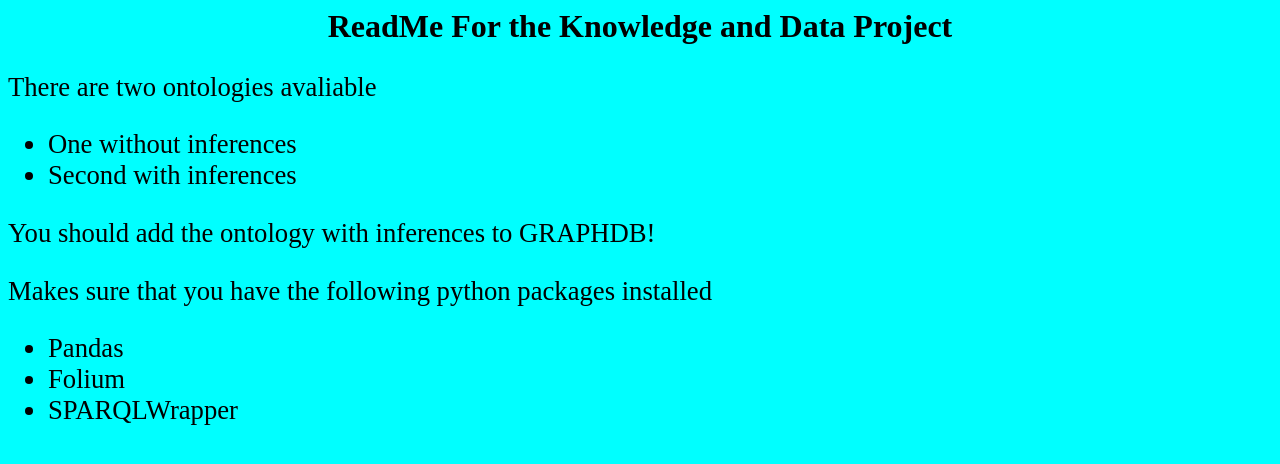
Repository: pawelpiwowarski/Knowledge_and_Data
Page: README.html
These files come from the project's save history. The page is drawn as it stood at one moment and after the next save; the edit follows.
The browser window is 1280 px wide. The pictures show the whole page.

Above is the page before, as saved 2022-10-27 22:08:08.

After the next save:
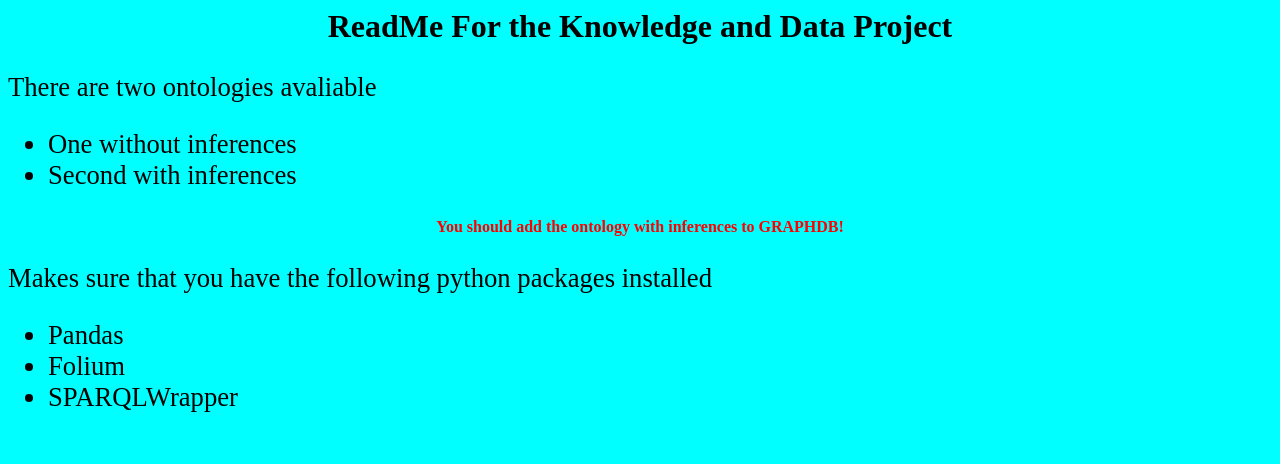
Saved 8 s later.
--- a/README.html
+++ b/README.html
@@ -34,7 +34,7 @@ Second with inferences
 </li>
 </ul>
 
-<p> You should add the ontology with inferences to GRAPHDB! </p>
+<p id="red"> You should add the ontology with inferences to GRAPHDB! </p>
 
 <p> Makes sure that you have the following python packages installed<p>
 
